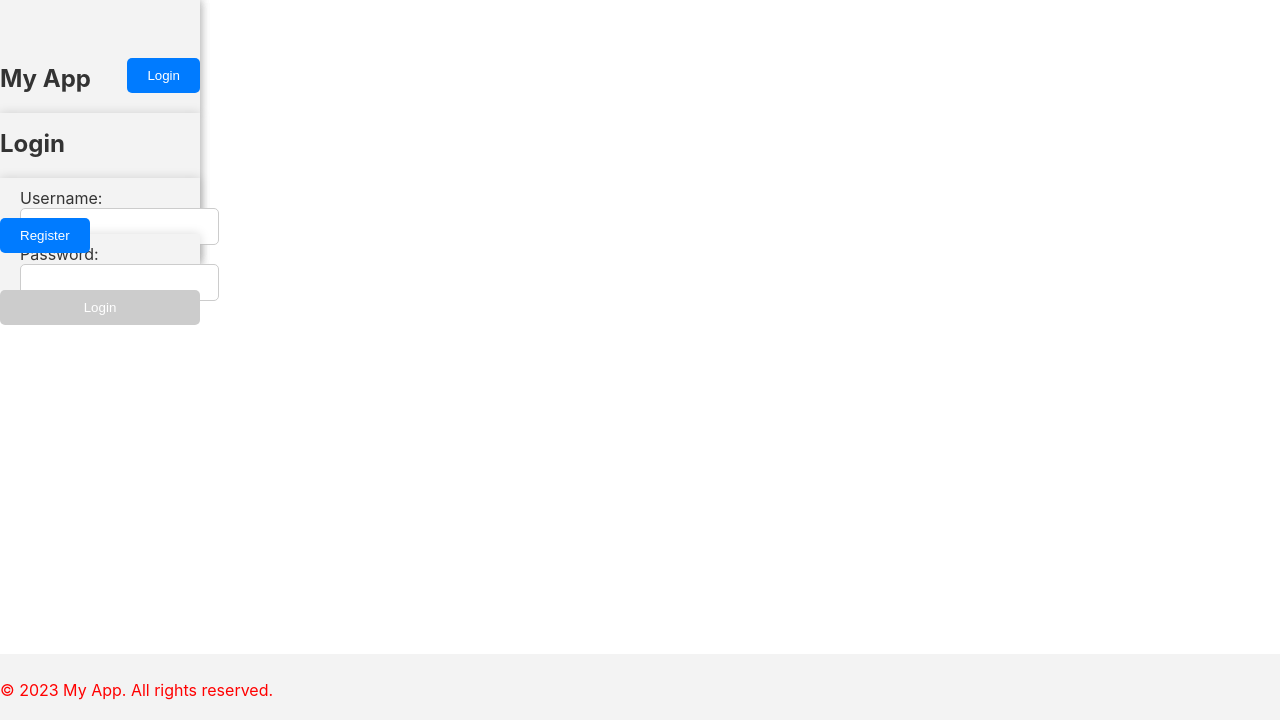
Repository: iMlearnDinG/react-app-v2
Page: /login
An editor plug-in stored every save of this project. The page is shown before and after the next save, followed by the edit.
The browser window is 1280 px wide. The pictures show the whole page.
The page's requests for data from a server got no answer. The project was rebuilt for these pictures with package versions that can differ from the ones it lists, and the page was loaded fresh each time. No one was signed in, and anything a server would have sent is missing. Also part of the build but not shown: src/components/Register.js, src/components/Lobby.js, src/components/Game.js, src/components/Menu.js.

Above is the page before, as saved 2023-07-19 02:08:22.

### src/index.js
import React from 'react';
import ReactDOM from 'react-dom/client';
import './index.css';
import App from './App';
import reportWebVitals from './reportWebVitals';

ReactDOM.createRoot(document.getElementById('root')).render(
  <React.StrictMode>
    <App />
  </React.StrictMode>,
);

// If you want to start measuring performance in your app, pass a function
// to log results (for example: reportWebVitals(console.log))
// or send to an analytics endpoint. Learn more: https://bit.ly/CRA-vitals
reportWebVitals();

### src/App.js
import React, { useContext, useEffect } from 'react';
import { BrowserRouter as Router, Routes, Route, useNavigate } from 'react-router-dom';
import { AuthProvider, AuthContext } from './config/AuthContext';
import Login from './components/Login';
import Register from './components/Register';
import Lobby from './components/Lobby';
import Game from './components/Game';
import Menu from './components/Menu';
import Navbar from './components/Navbar'
import SessionRenewal from './SessionRenewal';

function PrivateRoute({ children }) {
  const { user, loading } = useContext(AuthContext);
  const navigate = useNavigate();

  useEffect(() => {
    if (!loading && !user) {
      navigate('/login', { replace: true });
    }
  }, [loading, user, navigate]);

  if (loading) {
    return <div>Loading...</div>;
  }

  if (!user) {
    return null;
  }

  return children;
}

function App() {
  return (
    <Router>
      <div className="App">
        <AuthProvider>
          <Navbar />
          <Routes>
            <Route path="/" element={<Login />} />
            <Route path="/login" element={<Login />} />
            <Route path="/register" element={<Register />} />
            <Route path="/lobby" element={<PrivateRoute><Lobby /></PrivateRoute>} />
            <Route path="/game" element={<PrivateRoute><Game /></PrivateRoute>} />
            <Route path="/menu" element={<PrivateRoute><Menu /></PrivateRoute>} />
          </Routes>
        </AuthProvider>
      </div>
    </Router>
  );
}

export default SessionRenewal(App);

### src/config/AuthContext.js
import React, { createContext, useState, useEffect } from 'react';

export const AuthContext = createContext();

export function AuthProvider({ children }) {
  const [user, setUser] = useState(null);
  const [loading, setLoading] = useState(true);

  useEffect(() => {
    // Fetch the current user from the server and update state
    const fetchUser = async () => {
      const response = await fetch(`${process.env.REACT_APP_API_BASE_URL}/auth`, {
        credentials: 'include',
      });
      const data = await response.json();
      if (data.success) {
        setUser(data.data.user);
      }
      setLoading(false);
    };
    fetchUser();
  }, []);

  const value = { user, setUser, loading };

  return <AuthContext.Provider value={value}>{children}</AuthContext.Provider>;
}

### src/components/Login.js
import React, { useState, useContext } from 'react';
import { useNavigate } from 'react-router-dom';
import { AuthContext } from '../config/AuthContext';
import "../css/login.css"

function Login() {
  const navigate = useNavigate();
  const { setUser } = useContext(AuthContext);
  const [username, setUsername] = useState('');
  const [password, setPassword] = useState('');
  const [isSubmitting, setIsSubmitting] = useState(false);
  const [error, setError] = useState(null);

  const handleSubmit = async (e) => {
    e.preventDefault();
    setIsSubmitting(true);
    setError(null);

    const response = await fetch(`${process.env.REACT_APP_API_BASE_URL}/login`, {
      method: 'POST',
      headers: { 'Content-Type': 'application/json' },
      body: JSON.stringify({ username, password }),
      credentials: 'include',
    });

    const data = await response.json();
    setIsSubmitting(false);
    if (data.success) {
      setUser(data.data.user);
      navigate('/menu');
    } else {
      setError(data.error);
    }
  };


  const handleInputChange = async (e) => {
    const { name, value } = e.target;
    if (name === 'username') {
      setUsername(value);
    } else if (name === 'password') {
      setPassword(value);
    }
  };

  const isFormValid = username !== '' && password !== '';

  const handleRegisterClick = async () => {
    navigate('/register');
  };

  return (
    <div>
      <h1>Login</h1>
      {error && <p>{error}</p>}
      <form onSubmit={handleSubmit}>
        <div>
          <label htmlFor="username">Username:</label>
          <input
            type="text"
            id="username"
            name="username"
            value={username}
            onChange={handleInputChange}
          />
        </div>
        <div>
          <label htmlFor="password">Password:</label>
          <input
            type="password"
            id="password"
            name="password"
            value={password}
            onChange={handleInputChange}
          />
        </div>
        <button type="submit" disabled={!isFormValid || isSubmitting}>
          Login
        </button>
      </form>
      <button onClick={handleRegisterClick}>Register</button>
    </div>
  );
}

export default Login;

### src/components/Navbar.js
import React, { useContext } from 'react';
import { useNavigate } from 'react-router-dom';
import { AuthContext } from '../config/AuthContext.js';
import axios from 'axios';
import '../css/navbar.css'

const Navbar = () => {
  const navigate = useNavigate();
  const { user, setUser } = useContext(AuthContext);

  const handleLogout = async () => {
    try {
      const res = await axios.post(`${process.env.REACT_APP_API_BASE_URL}/logout`, {}, {
        withCredentials: true,
      });

      if (res.data.success) {
        setUser(null);
        navigate('/login');
      } else {
        console.error(res.data.error);
      }
    } catch (error) {
      console.error(error);
    }
  };

  return (
    <div>
      <header >
        <h1>My App</h1>
        {user && (
          <button onClick={handleLogout}>Logout</button>
        )}
        {!user && (
          <button onClick={() => navigate('/login')}>Login</button>
        )}
      </header>

      <footer>
        <p>© 2023 My App. All rights reserved.</p>
      </footer>
    </div>
  );
};

export default Navbar;

### src/SessionRenewal.js
import React, { useEffect, useRef } from 'react';

function SessionRenewal(WrappedComponent) {
  return function WrappedWithSessionRenewal(props) {
    const activityDetected = useRef(false);

    useEffect(() => {
      let timeoutId;

      const renewSession = () => {
        fetch('/api/renew-session', {
          method: 'POST',
          credentials: 'include', // Include cookies in the request
        })
        .then(res => res.json())
        .then((data) => {
          if (!data.success) {
            console.error('Session renewal failed:', data.error);
          }
        })
        .catch((error) => {
          console.error('Error:', error);
        });
      };

      const resetTimeout = () => {
        console.log('User activity detected');
        if (timeoutId) {
          clearTimeout(timeoutId);
        }
        timeoutId = setTimeout(renewSession, 1); // 5 minutes
      };

      const activityHandler = () => {
        activityDetected.current = true;
      };

      window.addEventListener('mousemove', activityHandler);
      window.addEventListener('keydown', activityHandler);
      window.addEventListener('click', activityHandler);
      window.addEventListener('input', activityHandler);

      const intervalId = setInterval(() => {
        if (activityDetected.current) {
          resetTimeout();
          activityDetected.current = false;
        }
      }, 225000);

      return () => {
        window.removeEventListener('mousemove', activityHandler);
        window.removeEventListener('keydown', activityHandler);
        window.removeEventListener('click', activityHandler);
        window.removeEventListener('input', activityHandler);
        clearTimeout(timeoutId);
        clearInterval(intervalId);
      };
    }, []);

    return <WrappedComponent {...props} />;
  };
}

export default SessionRenewal;

### src/css/login.css
div {
    display: flex;
    flex-direction: column;
    align-items: center;
    justify-content: center;
    height: 5vh;
    padding: 20px;
    background-color: #F3F3F3;
  }

  h1 {
    margin-bottom: 20px;
    color: #333;
    font-size: 28px;
  }

  p {
    color: red;
    margin-bottom: 10px;
  }

  form {
    display: flex;
    flex-direction: column;
    width: 200px;
    height: 40px;
  }

  div label {
    margin-bottom: 5px;
    color: #333;
  }

  div input {
    margin-bottom: 20px;
    padding: 10px;
    border: 1px solid #ccc;
    border-radius: 5px;
  }

  button {
    padding: 10px 20px;
    background-color: #007BFF;
    color: #FFF;
    border: none;
    border-radius: 5px;
    cursor: pointer;
    transition: background-color 0.3s ease;
    margin-bottom: 10px;
  }

  button:disabled {
    background-color: #ccc;
  }

  button:hover:not(:disabled) {
    background-color: #0056b3;
  }

### src/css/navbar.css
div {
    display: flex;
    justify-content: space-between;
    align-items: center;
    display: table-row;
    padding: 10px 20px;
    background-color: #F3F3F3;
    box-shadow: 0px 0px 10px 0px rgba(0,0,0,0.15);
  }

  header, footer {
    display: flex;
    justify-content: space-between;
    align-items: center;
    width: 100%;
  }

  header {
    margin-top: 3rem;
  }

  h1 {
    color: #333;
    font-size: 24px;
  }

  button {
    padding: 10px 20px;
    background-color: #007BFF;
    color: #FFF;
    border: none;
    border-radius: 5px;
    cursor: pointer;
    transition: background-color 0.3s ease;
  }

  button:hover {
    background-color: #0056b3;
  }

  footer {
    position: fixed;
    bottom: 0;
    width: 100%;
    background-color: #F3F3F3;
    color: #666;
    text-align: center;
    padding: 10px 0;
  }

Loaded but not shown: public/index.html (common file); src/index.css (common file); src/reportWebVitals.js (common file)

After the next save:
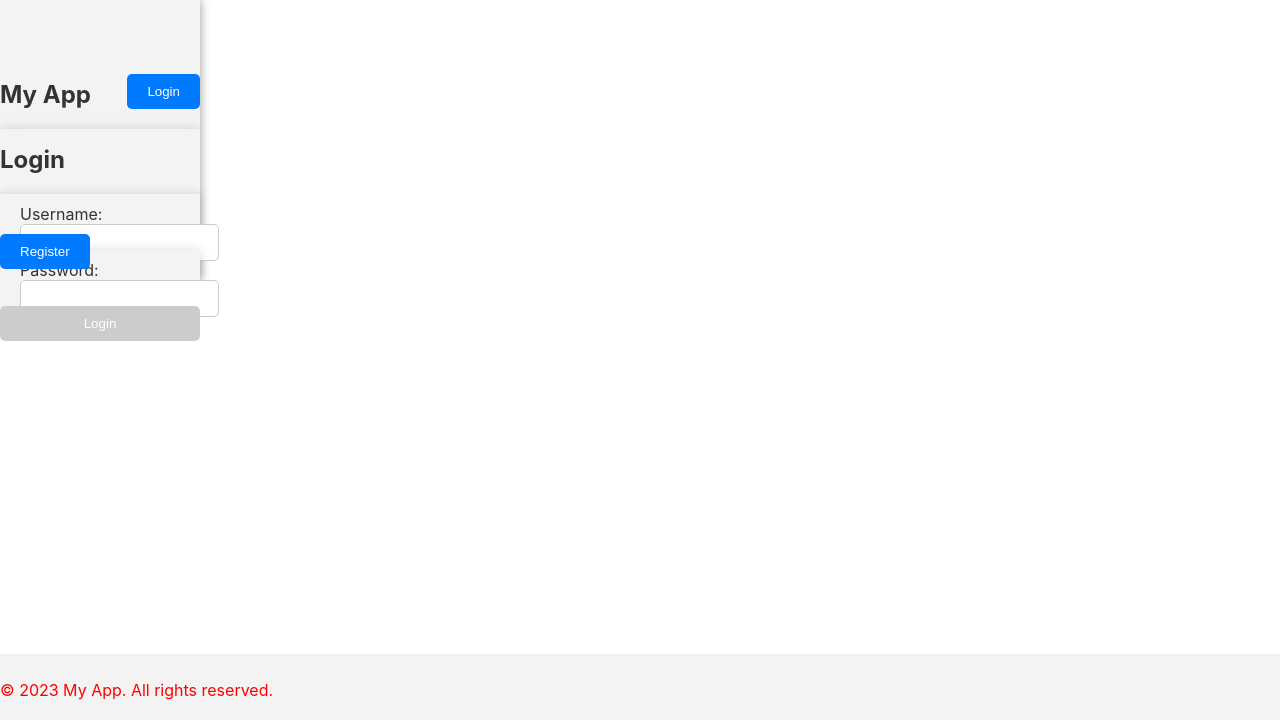
Saved 65 s later.
--- a/src/css/navbar.css
+++ b/src/css/navbar.css
@@ -16,7 +16,7 @@ div {
   }
 
   header {
-    margin-top: 3rem;
+    margin-top: 4rem;
   }
 
   h1 {
